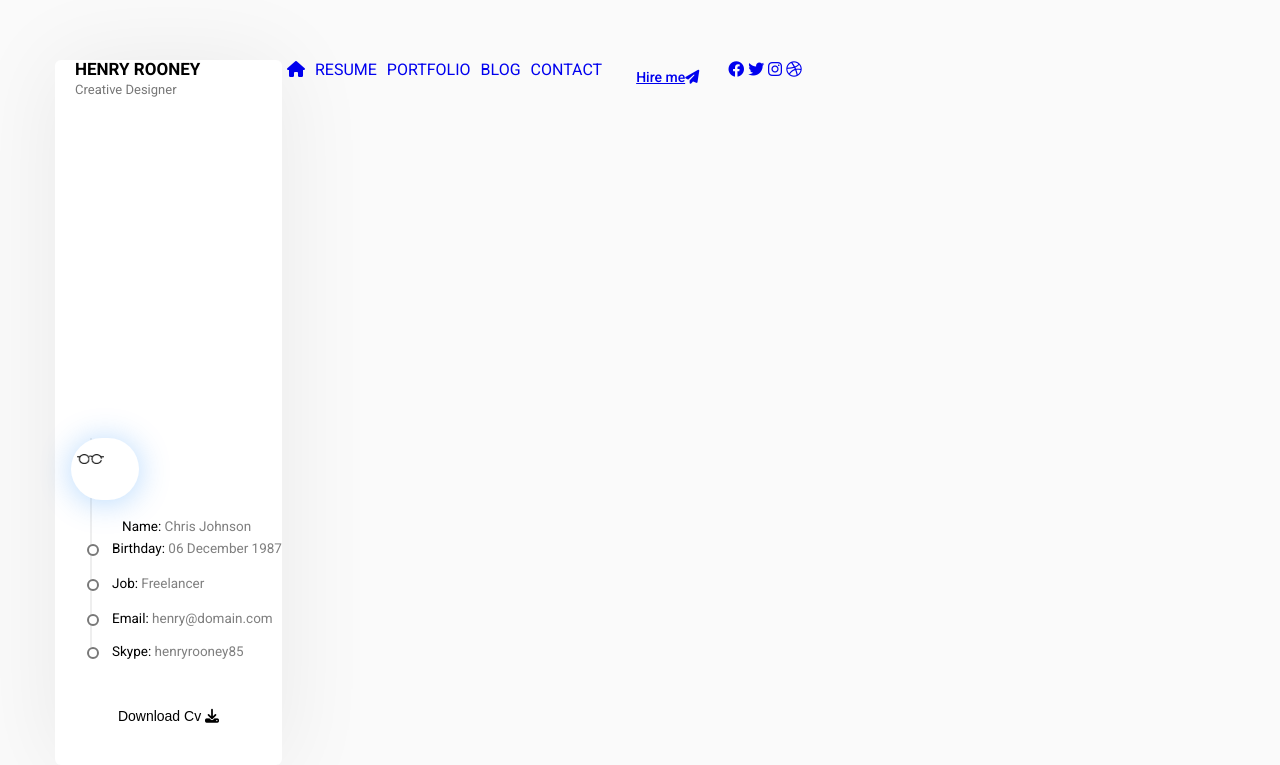
Repository: Lehuyhuynh/mat
Page: index.html
An editor plug-in stored every save of this project. The page is shown before and after the next save, followed by the edit.
The browser window is 1280 px wide. The pictures show the whole page.

Above is the page before, as saved 2023-04-12 12:27:10.

After the next save:
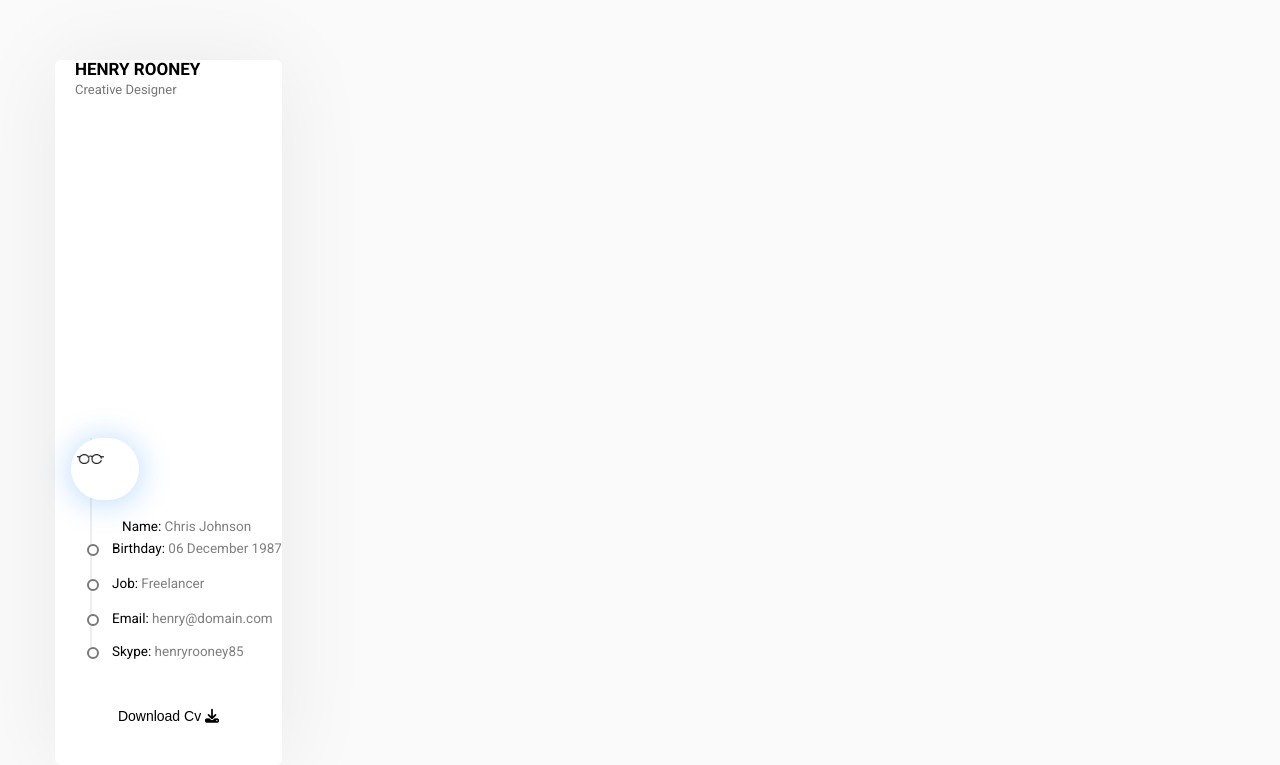
Saved 15 s later.
--- a/index.html
+++ b/index.html
@@ -76,46 +76,7 @@
             <div id="ajax-tap-container" class="col-lg-9 col-md-8 tab-container">
 
             </div>
-                <!-- header -->
-                <div  class="row">
 
-                <div class="col-md-8 col-sm-8-col-xs-4">
-
-                    <ul class="tabs">
-                        <li class="tab">
-
-                          <a class="home-btn" href="#home"><i class="fa fa-home" aria-hidden="true"></i></a>
-
-                        </li>
-                        <li class="tab"><a href="#RESUME">RESUME</a></li>
-                        <li class="tab"><a href="#PORTFOLIO">PORTFOLIO</a></li>
-                        <li class="tab"><a href="#BLOG">BLOG</a></li>
-                        <li class="tab"><a href="#CONTACT">CONTACT</a></li>
-
-                    </ul>
-                    </div>
-
-
-                <div class="col-md-4 col-sm-4 col-xs-8 dynamic">
-
-                    <a href="mailto:hi@tavonline.net" class="pull-right site-btn icon hidden-xs">Hire me<i class="fa fa-paper-plane" aria-hidden="true"></i></a>
-
-                </div>
-
-
-                <div class="hidden-md social-icons pull-right">
-
-                    <a class="fb" href="#"><i class="fa-brands fa-facebook"></i></a>
-
-                    <a class="tw" href="#"><i class="fa-brands fa-twitter"></i></a>
-
-                    <a class="ins" href="#"><i class="fa-brands fa-instagram"></i></a>
-
-                    <a class="dr" href="#"><i class="fa-brands fa-dribbble" ></i></a>
-
-                </div>
-
-             </div>
 
         </div>
 

After the 2 saves that followed:
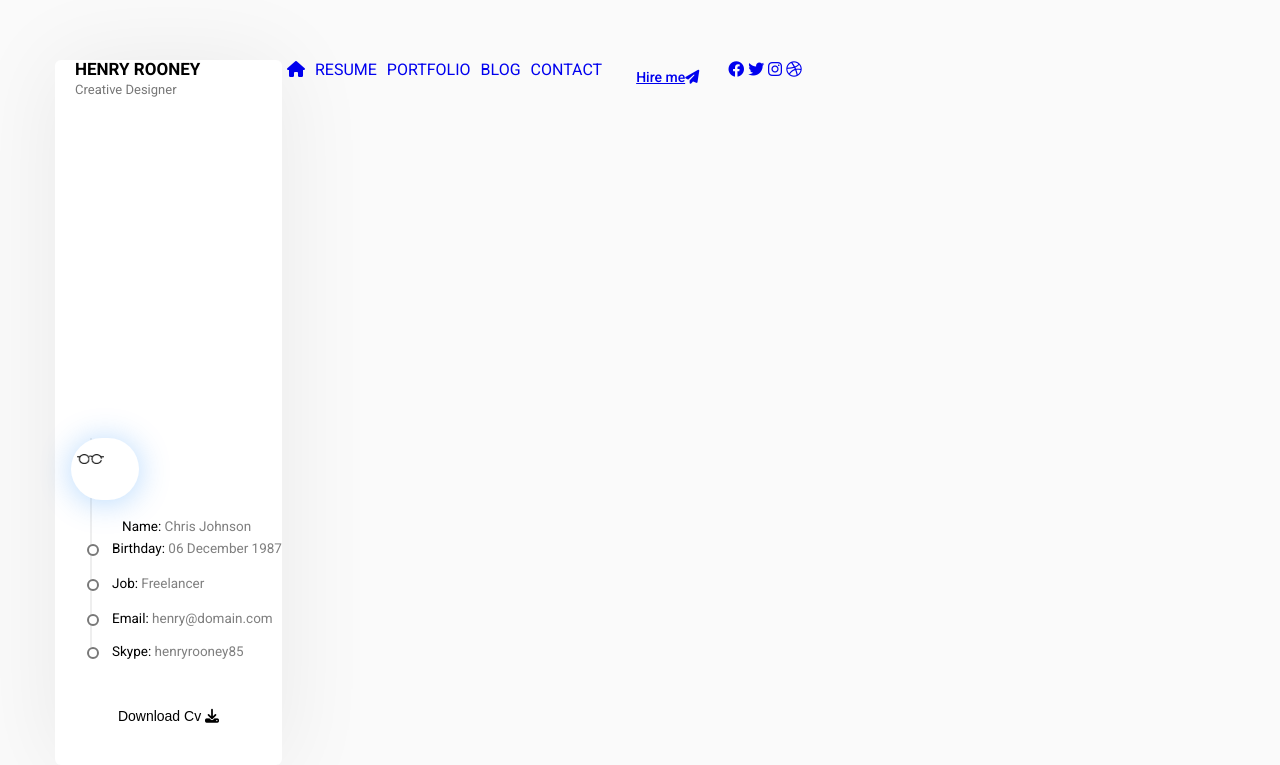
The 2 saves are shown as one change because they came seconds apart.
The last was saved 7 s later.
--- a/index.html
+++ b/index.html
@@ -74,7 +74,46 @@
             <!-- Page Tab Container Div -->
 
             <div id="ajax-tap-container" class="col-lg-9 col-md-8 tab-container">
+                 <!-- header -->
+                 <div  class="row">
 
+                    <div class="col-md-8 col-sm-8-col-xs-4">
+
+                        <ul class="tabs">
+                            <li class="tab">
+
+                              <a class="home-btn" href="#home"><i class="fa fa-home" aria-hidden="true"></i></a>
+
+                            </li>
+                            <li class="tab"><a href="#RESUME">RESUME</a></li>
+                            <li class="tab"><a href="#PORTFOLIO">PORTFOLIO</a></li>
+                            <li class="tab"><a href="#BLOG">BLOG</a></li>
+                            <li class="tab"><a href="#CONTACT">CONTACT</a></li>
+
+                        </ul>
+                        </div>
+
+
+                    <div class="col-md-4 col-sm-4 col-xs-8 dynamic">
+
+                        <a href="mailto:hi@tavonline.net" class="pull-right site-btn icon hidden-xs">Hire me<i class="fa fa-paper-plane" aria-hidden="true"></i></a>
+
+                    </div>
+
+
+                    <div class="hidden-md social-icons pull-right">
+
+                        <a class="fb" href="#"><i class="fa-brands fa-facebook"></i></a>
+
+                        <a class="tw" href="#"><i class="fa-brands fa-twitter"></i></a>
+
+                        <a class="ins" href="#"><i class="fa-brands fa-instagram"></i></a>
+
+                        <a class="dr" href="#"><i class="fa-brands fa-dribbble" ></i></a>
+
+                    </div>
+
+                 </div>
             </div>
 
 
